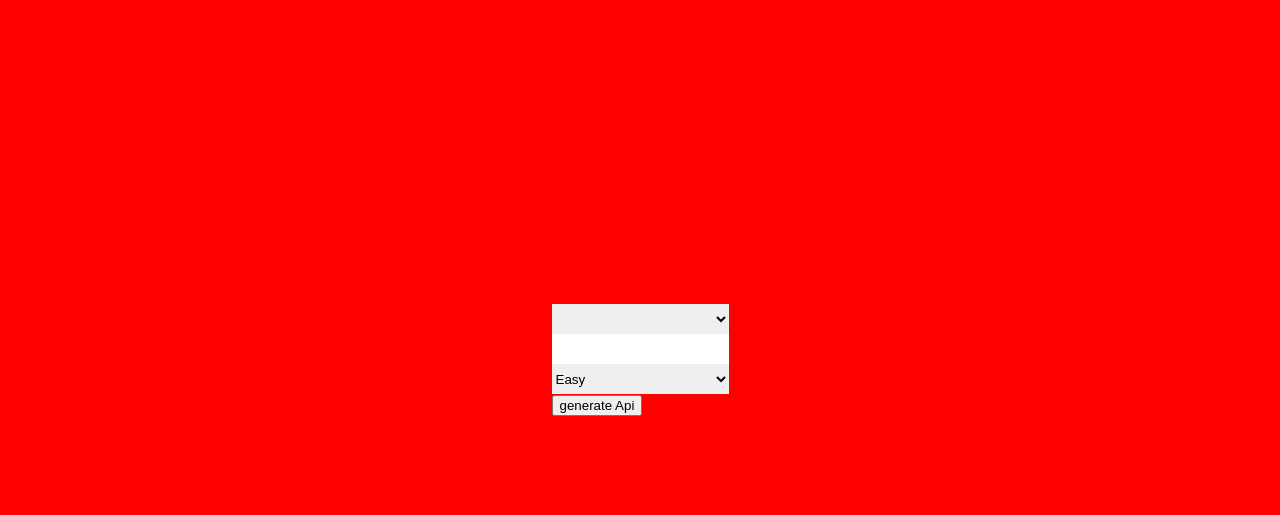
Repository: ranausama48/quiz-App
Page: /
An editor plug-in stored every save of this project. The page is shown before and after the next save, followed by the edit.
The browser window is 1280 px wide. The pictures show the whole page.
The page's requests for data from a server got no answer. The project was rebuilt for these pictures with package versions that can differ from the ones it lists, and the page was loaded fresh each time. No one was signed in, and anything a server would have sent is missing. Also part of the build but not shown: src/components/QuestionCard.tsx, src/components/ScorePage.tsx, src/components/QuizDash.tsx.

Above is the page before, as saved 2020-07-26 14:27:53.

After the next save:
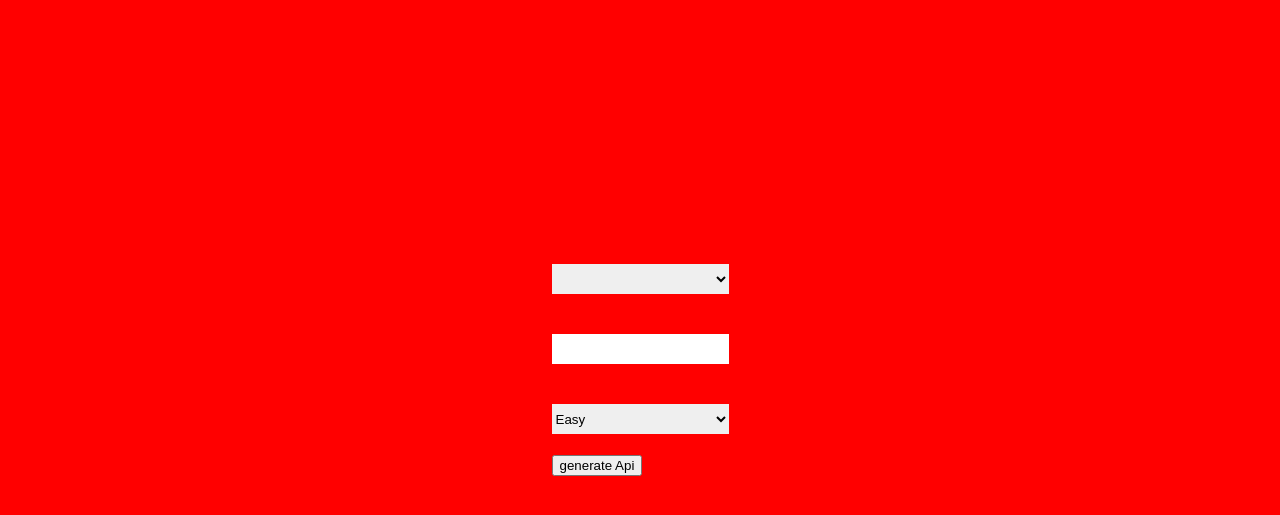
Saved 20 s later.
--- a/src/App.tsx
+++ b/src/App.tsx
@@ -18,6 +18,7 @@ const Container = styled.div`
       border: 0px;
       padding: 0px;
       height: 30px;
+      margin: 20px 0px;
     }
   }
 `;
